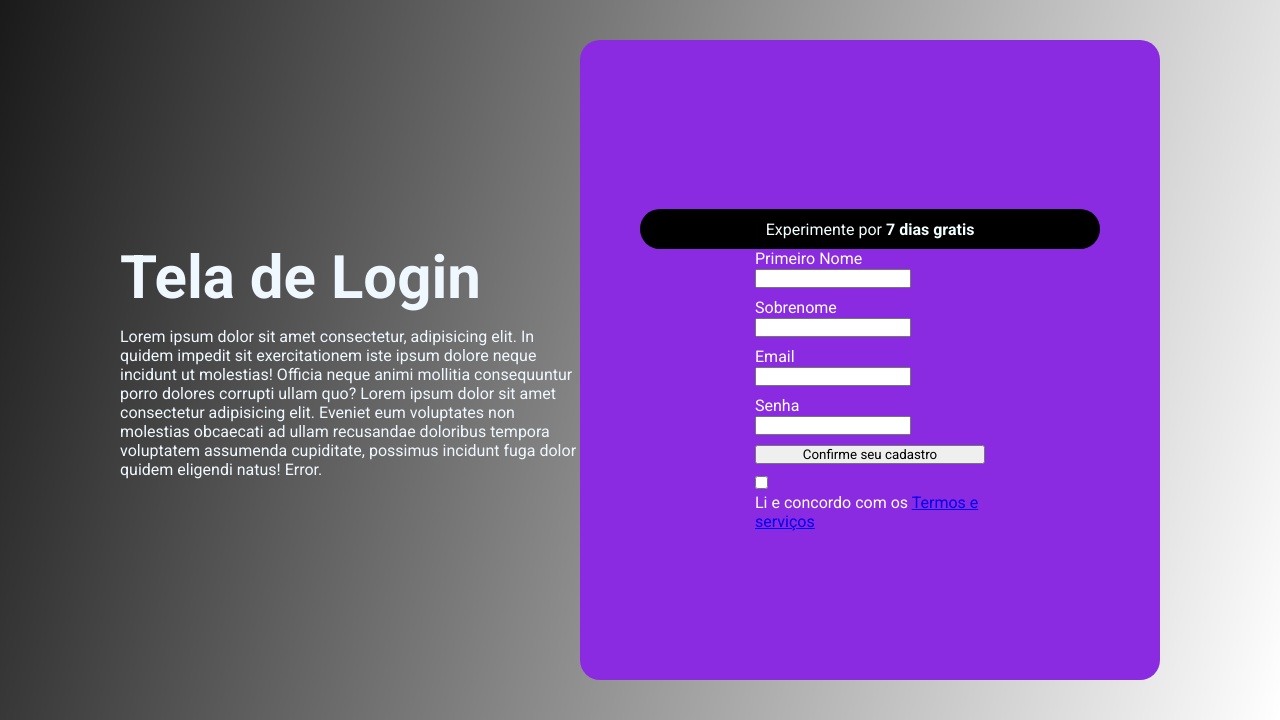
Repository: gimoli/tela-login
Page: index.html
These files come from the project's save history. The page is drawn as it stood at one moment and after a run of saves; the edit follows.
The browser window is 1280 px wide. The pictures show the whole page.

Above is the page before, as saved 2025-04-16 22:15:24.

After the next 4 saves:
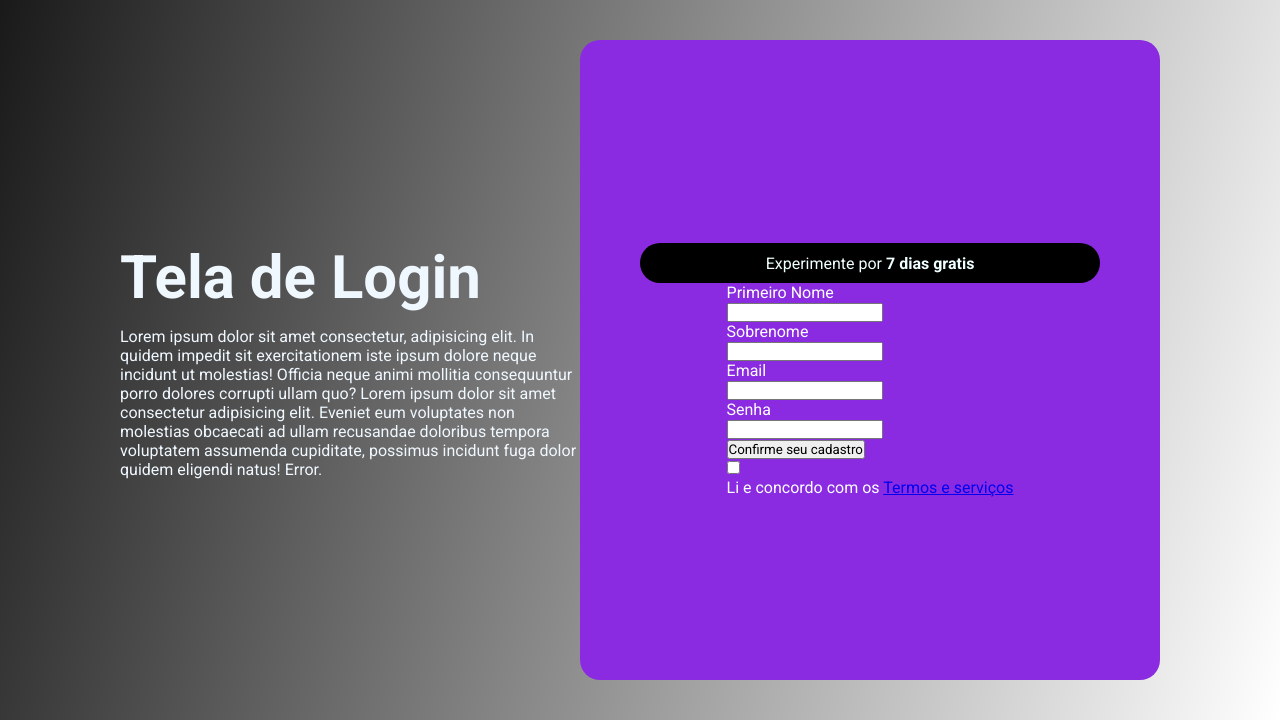
The 4 saves are shown as one change because they came seconds apart.
The last was saved 11 s later.
--- a/style.css
+++ b/style.css
@@ -82,20 +82,6 @@
 }
 
 .teste-gratis p{
-    text-align: center;
-}
-
-.forms {
-    width: 50%;
-}
-
-.forms form{
-    display: flex;
-    flex-direction: column;
-    gap: 10px;
-}
-
-.f
 .forms button{
     cursor: pointer;
     margin-top: 20px;

After the save that followed:
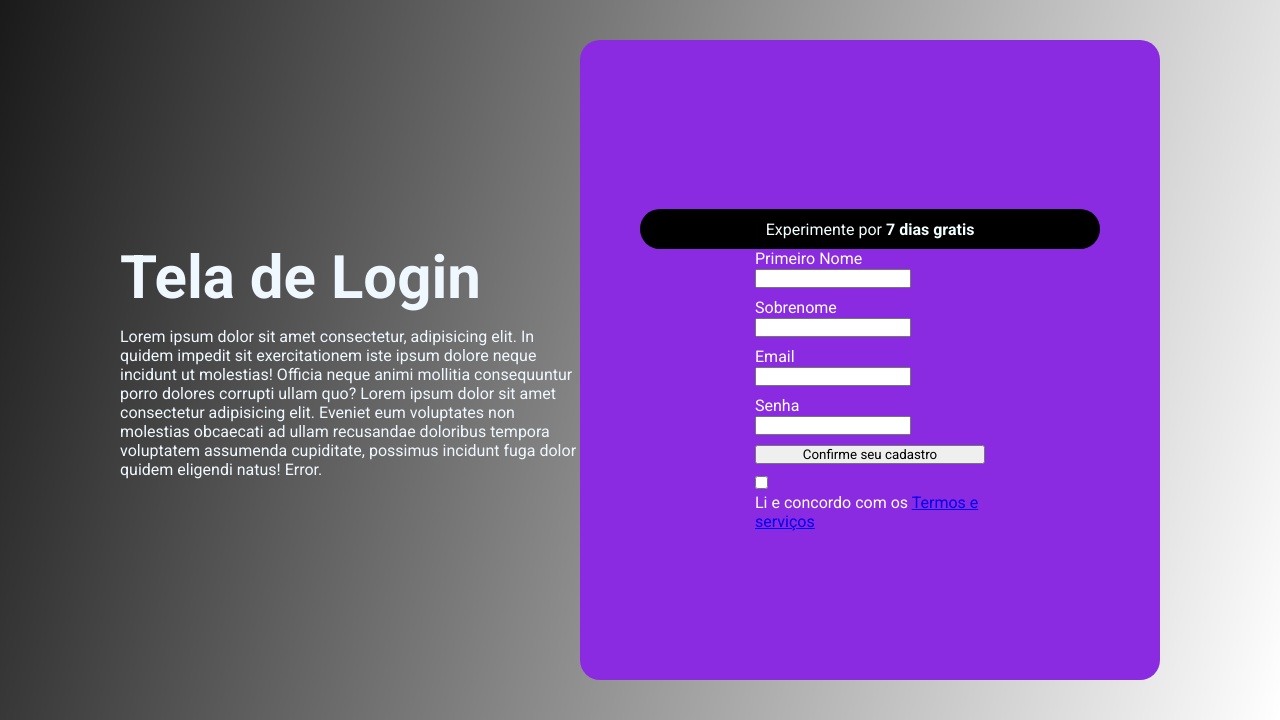
Saved 11 s later.
--- a/style.css
+++ b/style.css
@@ -82,6 +82,20 @@
 }
 
 .teste-gratis p{
+    text-align: center;
+}
+
+.forms {
+    width: 50%;
+}
+
+.forms form{
+    display: flex;
+    flex-direction: column;
+    gap: 10px;
+}
+
+.forms
 .forms button{
     cursor: pointer;
     margin-top: 20px;
